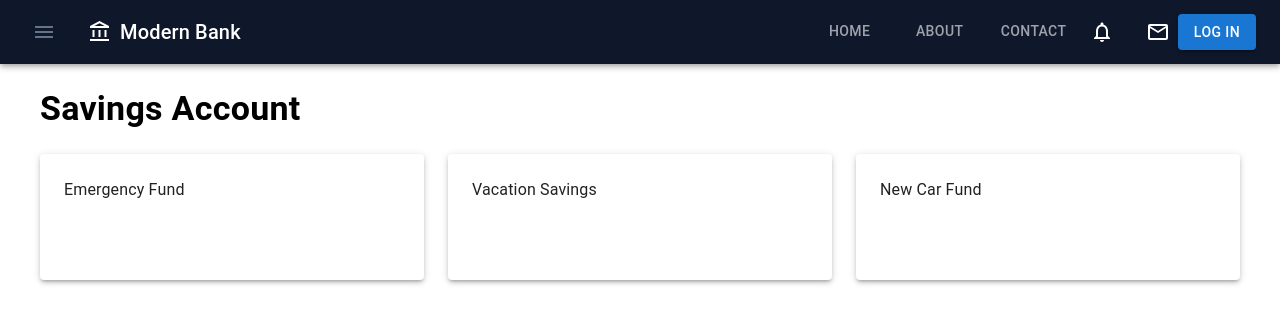
Repository: MohammadMazloum123/Moder-Bank-Full-Stack-Project
Page: /savings-account (app in Desktop/front-modernbank/front-modernbank/)
The author's editor kept a copy of each file at every save. The page is drawn from the files as they stood at one save, then again after a run of saves.
The browser window is 1280 px wide. The pictures show the whole page.
The project was rebuilt for these pictures with package versions that can differ from the ones it lists, and the page was loaded fresh each time. Also part of the build but not shown: Desktop/front-modernbank/front-modernbank/src/components/HomePage.jsx, Desktop/front-modernbank/front-modernbank/src/transactions/NewTransaction.tsx, Desktop/front-modernbank/front-modernbank/src/transactions/TransactionsHistory.tsx.

Above is the page before, as saved 2024-11-18 17:17:35.

After the next 3 saves:
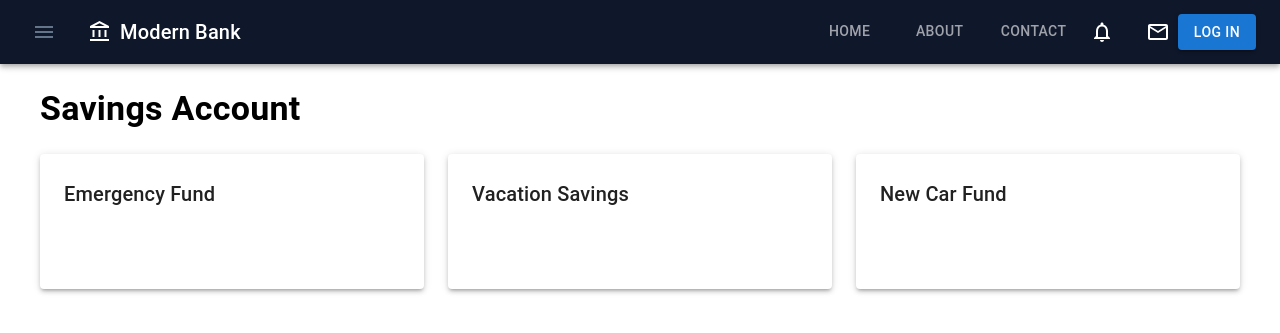
The 3 saves are shown as one change because they came seconds apart.
The last was saved 13 s later.
--- a/Desktop/front-modernbank/front-modernbank/src/savings/SavingsAccount.tsx
+++ b/Desktop/front-modernbank/front-modernbank/src/savings/SavingsAccount.tsx
@@ -59,7 +59,7 @@ return (
             {accounts.map((account) =>(
                 <Grid item xs={12} md={4} key={account.id}>
                     <Paper elevation={3} sx={{display:'flex', height:'100%', flexDirection:'column', p: 3}}>
-                        <Typography gutterBottom>{account.name}</Typography>
+                        <Typography variant='h6' gutterBottom>{account.name}</Typography>
                     </Paper>
                 </Grid>
             ))}
